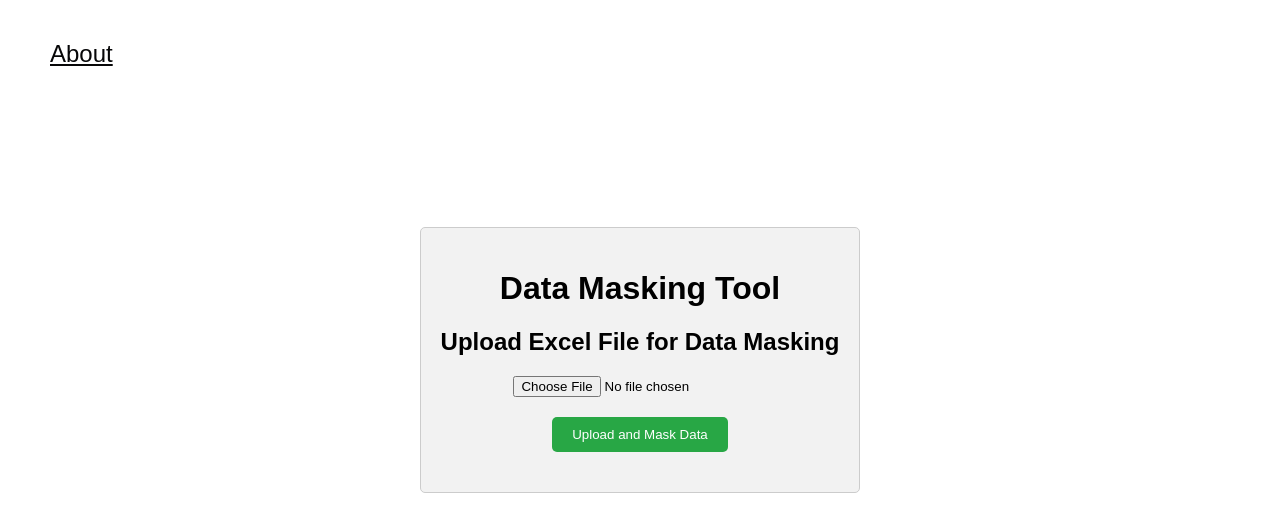
Repository: prithika12/DataMasking_Tool
Page: index.html
The author's editor kept a copy of each file at every save. The page is drawn from the files as they stood at one save, then again after a run of saves.
The browser window is 1280 px wide. The pictures show the whole page.

Above is the page before, as saved 2024-07-09 11:50:00.

### index.html
<!DOCTYPE html>
<html>
<head>
    <title>Data Masking Tool</title>
    <style>
        body {
            font-family: Arial, sans-serif;
            margin: 0;
            padding: 0;
            display: flex;
            justify-content: center; /* Center horizontally */
            align-items: center; /* Center vertically */
            height: 100vh; /* Full viewport height */
        }
        .container {
            max-width: 600px;
            padding: 20px;
            background-color: #f2f2f2;
            border: 1px solid #ccc;
            border-radius: 5px;
        }
        h1, h2 {
            text-align: center;
        }
        input[type="file"] {
            display: block;
            margin: 20px auto;
        }
        button {
            display: block;
            margin: 20px auto;
            padding: 10px 20px;
            background-color: #28a745;
            color: white;
            border: none;
            border-radius: 5px;
            cursor: pointer;
        }
        button:hover {
            background-color: #218838;
        }
        .about-link {
            position: absolute;
            top: 20px;
            left: 20px;
            padding: 20px 30px;
        }
        .about-link a {
            color: #070708;
            font-size: x-large;
            text-decoration: underline;
        }
        .about-link a:hover {
            text-decoration: underline;
        }
    </style>
</head>
<body>
    <div class="container">
        <h1>Data Masking Tool</h1>
        <h2>Upload Excel File for Data Masking</h2>
        <form action="/uploader" method="post" enctype="multipart/form-data">
            <input type="file" name="file" accept=".xlsx">
            <button type="submit">Upload and Mask Data</button>
        </form>
    </div>
    <div class="about-link">
        <a href="https://github.com/prithika12/DataMasking_Tool/blob/main/README.md" target="_blank">About</a>
    </div>
</body>
</html>

After the next 2 saves:
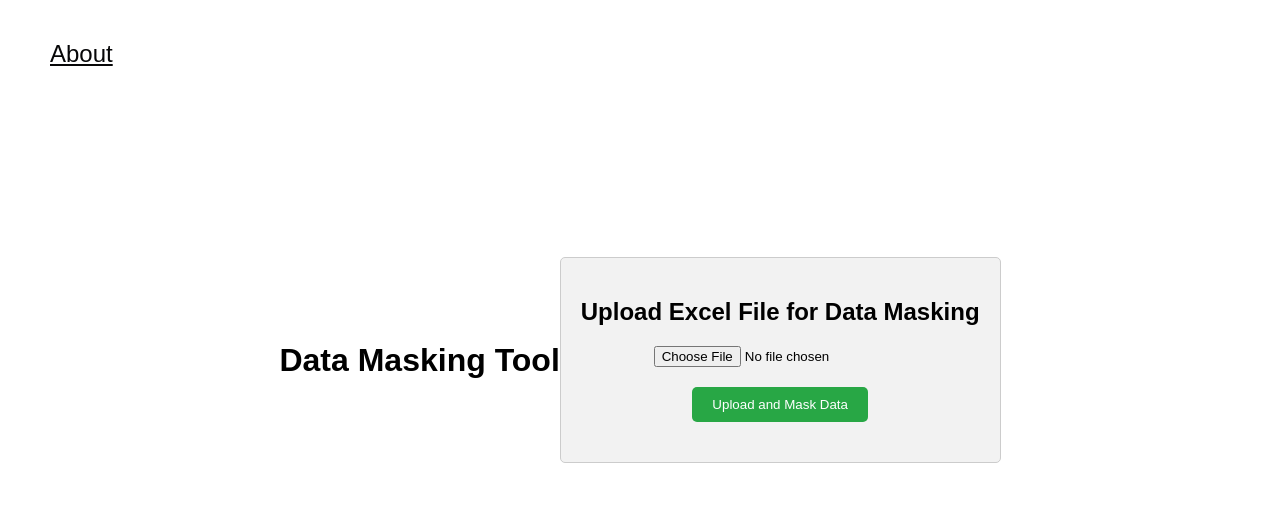
The 2 saves are shown as one change because they came seconds apart.
The last was saved 17 s later.
--- a/index.html
+++ b/index.html
@@ -1,7 +1,7 @@
 <!DOCTYPE html>
 <html>
 <head>
-    <title>Data Masking Tool</title>
+    <h1>Data Masking Tool</h1>
     <style>
         body {
             font-family: Arial, sans-serif;
@@ -57,7 +57,6 @@
 </head>
 <body>
     <div class="container">
-        <h1>Data Masking Tool</h1>
         <h2>Upload Excel File for Data Masking</h2>
         <form action="/uploader" method="post" enctype="multipart/form-data">
             <input type="file" name="file" accept=".xlsx">
